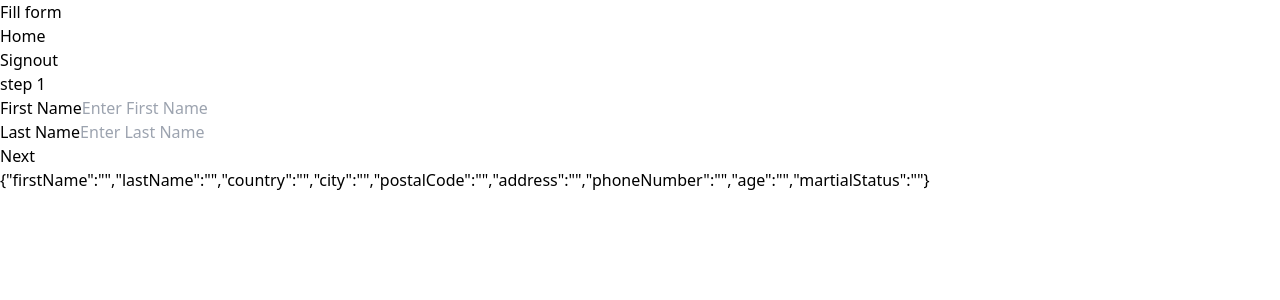
Repository: mk694/stepperForm
Page: /form
The author's editor kept a copy of each file at every save. The page is drawn from the files as they stood at one save, then again after the next save.
The browser window is 1280 px wide. The pictures show the whole page.
The project was rebuilt for these pictures with package versions that can differ from the ones it lists, and the page was loaded fresh each time. The framework's server and built-in components were replaced by stand-ins that run in the browser. Also part of the build but not shown: next.config.js, firebase/config.js, components/stepper/confirmation.component.js, components/stepper/step2.component.js, components/stepper/step3.component.js.

Above is the page before, as saved 2022-04-29 01:53:08.

After the next save:
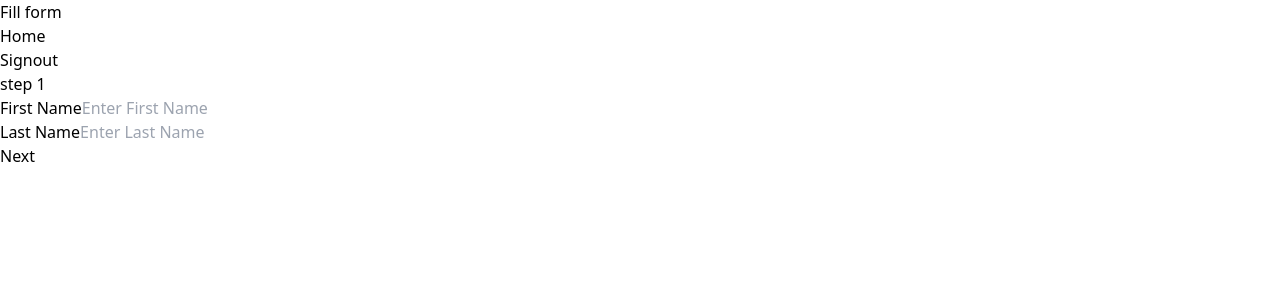
Saved 65 s later.
--- a/pages/form.js
+++ b/pages/form.js
@@ -58,7 +58,7 @@ export default function form() {
             handleChange={handleChange}
             nextStep={nextStep}
           />
-          {JSON.stringify(data)}
+          {/* {JSON.stringify(data)} */}
         </>
       );
     case 1:
@@ -70,7 +70,7 @@ export default function form() {
             prevStep={prevStep}
             nextStep={nextStep}
           />
-          {JSON.stringify(data)}
+          {/* {JSON.stringify(data)} */}
         </>
       );
     case 2:
@@ -82,7 +82,7 @@ export default function form() {
             prevStep={prevStep}
             nextStep={nextStep}
           />
-          {JSON.stringify(data)}
+          {/* {JSON.stringify(data)} */}
         </>
       );
     default:
